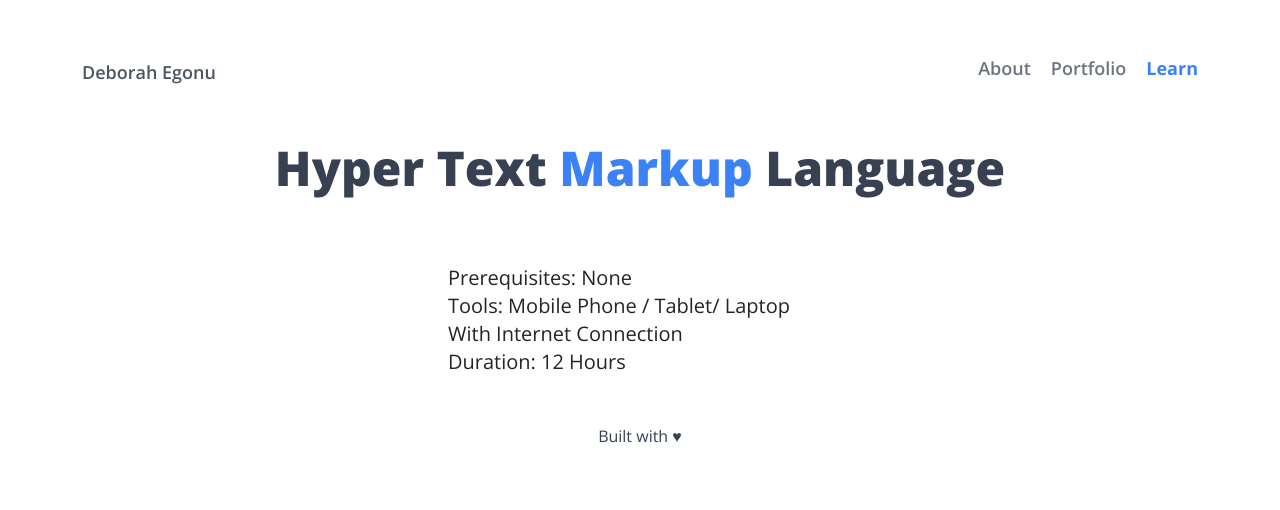
Repository: latenightsnacc/codewithdeb
Page: learn/courses/HTML/getting-started.html
An editor plug-in stored every save of this project. The page is shown before and after the next save, followed by the edit.
The browser window is 1280 px wide. The pictures show the whole page.
The style sheet was rebuilt from its Sass, Less or Tailwind sources for each picture, by a compiler version that may differ from the author's.

Above is the page before, as saved 2021-06-07 14:18:35.

### learn/courses/HTML/getting-started.html
<!DOCTYPE html>
<html lang="en">
    <head>
        <meta charset="UTF-8">
        <meta http-equiv="X-UA-Compatible" content="IE=edge">
        <meta name="viewport" content="width=device-width, initial-scale=1.0">
        <!--TAILWIND CDN-->
        <link href="https://unpkg.com/tailwindcss@^2/dist/tailwind.min.css" rel="stylesheet">
        <!--BOOTSTRAP CDN-->
        <link href="https://cdn.jsdelivr.net/npm/bootstrap@5.0.1/dist/css/bootstrap.min.css" rel="stylesheet" integrity="sha384-+0n0xVW2eSR5OomGNYDnhzAbDsOXxcvSN1TPprVMTNDbiYZCxYbOOl7+AMvyTG2x" crossorigin="anonymous">
         <!--CUSTOM CSS-->
        <link rel="stylesheet" href="stylesheet.css">
        <!--Page Title-->
        <title>HYPER TEXT MARKUP LANGUAGE - FREE COURSES | DEBORAH EGONU</title>
    </head>
<body class="bg-white">
    <!--SPACER-->
    <div class="h-12"></div>
    <!--NAVIGATION BAR / HEADER-->
    <nav>
        <div class="container">
            <div class="flex flex-row justify-between h-12 items-center">
                <!--LOGO-->
                <a href="index.html" class="no-underline font-semibold text-gray-600 capitalize text-lg hover:text-blue-500">
                    Deborah Egonu
                </a>
                <!--MENU-->
                <ul class="flex flex-row h-100 items-center pt-2">
                    <li class="mr-5">
                        <a href="about.html" class="no-underline font-semibold text-gray-500 capitalize text-lg hover:text-blue-500">about</a>
                    </li>
                    <li class="mr-5">
                        <a href="portfolio.html" class="no-underline font-semibold text-gray-500 capitalize text-lg hover:text-blue-500">portfolio</a>
                    </li>
                    <li class="">
                        <a href="learn.html" class="no-underline font-bold text-blue-500 capitalize text-lg hover:text-blue-500">learn</a>
                    </li>
                </ul>
            </div>

        </div>
    </nav>
    <!--SPACER-->
    <div class="h-12"></div>
    <!--H1 TEXT-->
    <div class="container">
        <h1 class="text-center font-black text-2xl md:text-4xl lg:text-5xl text-gray-700 capitalize">hyper text <span class="text-blue-500">markup</span> language </h1>
    </div>
    <!--SPACER-->
    <div class="h-16"></div>
    <div class="container">
        <div class="flex flex-col w-96 mx-auto">
            <div class="text-xl capitalize">prerequisites: <span>None</span></div>
            <div class="text-xl capitalize">tools: <span>Mobile phone / tablet/ laptop with internet connection</span></div>
            <div class="text-xl capitalize">duration: <span>12 hours</span></div>

        </div>
    </div>
     <!--SPACER-->
     <div class="h-12"></div>
     <footer>
         <div class="container">
             <p class="text-center text-gray-700">Built with &hearts;</p>
         </div>
     </footer>
 </body>
 </html>

### stylesheet.scss
@import url('https://fonts.googleapis.com/css2?family=Open+Sans:wght@300;400;600;700;800&display=swap');
h1, body, a {
    font-family: 'Open Sans', sans-serif;
}

After the next save:
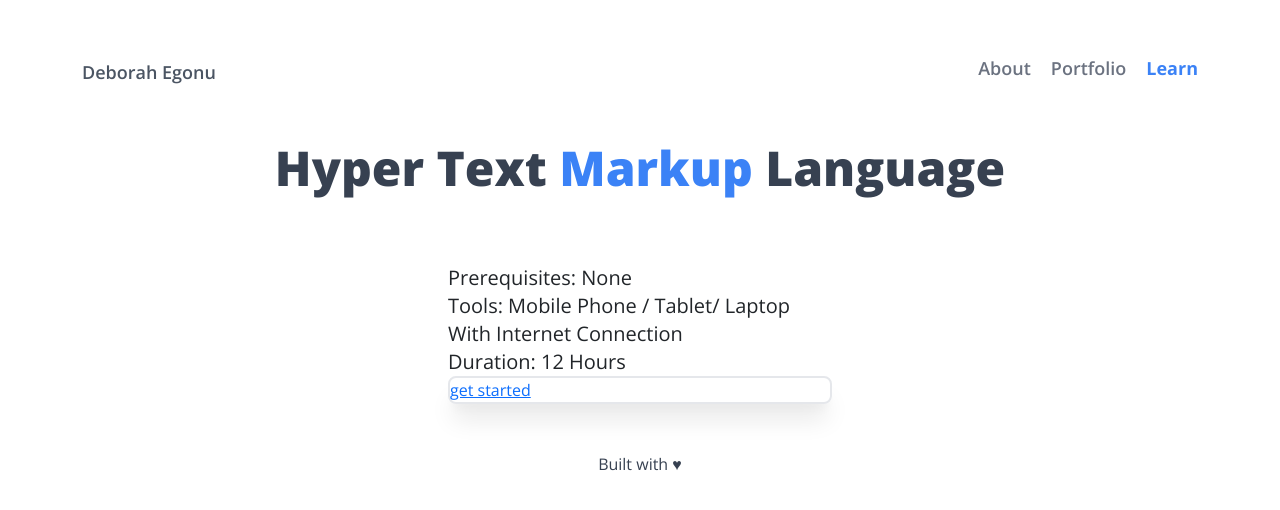
Saved 10 min 13 s later.
--- a/learn/courses/HTML/getting-started.html
+++ b/learn/courses/HTML/getting-started.html
@@ -53,7 +53,7 @@
             <div class="text-xl capitalize">prerequisites: <span>None</span></div>
             <div class="text-xl capitalize">tools: <span>Mobile phone / tablet/ laptop with internet connection</span></div>
             <div class="text-xl capitalize">duration: <span>12 hours</span></div>
-
+            <a href="overview.html" class="no-outline border-2 shadow-xl rounded-lg">get started</a>
         </div>
     </div>
      <!--SPACER-->
